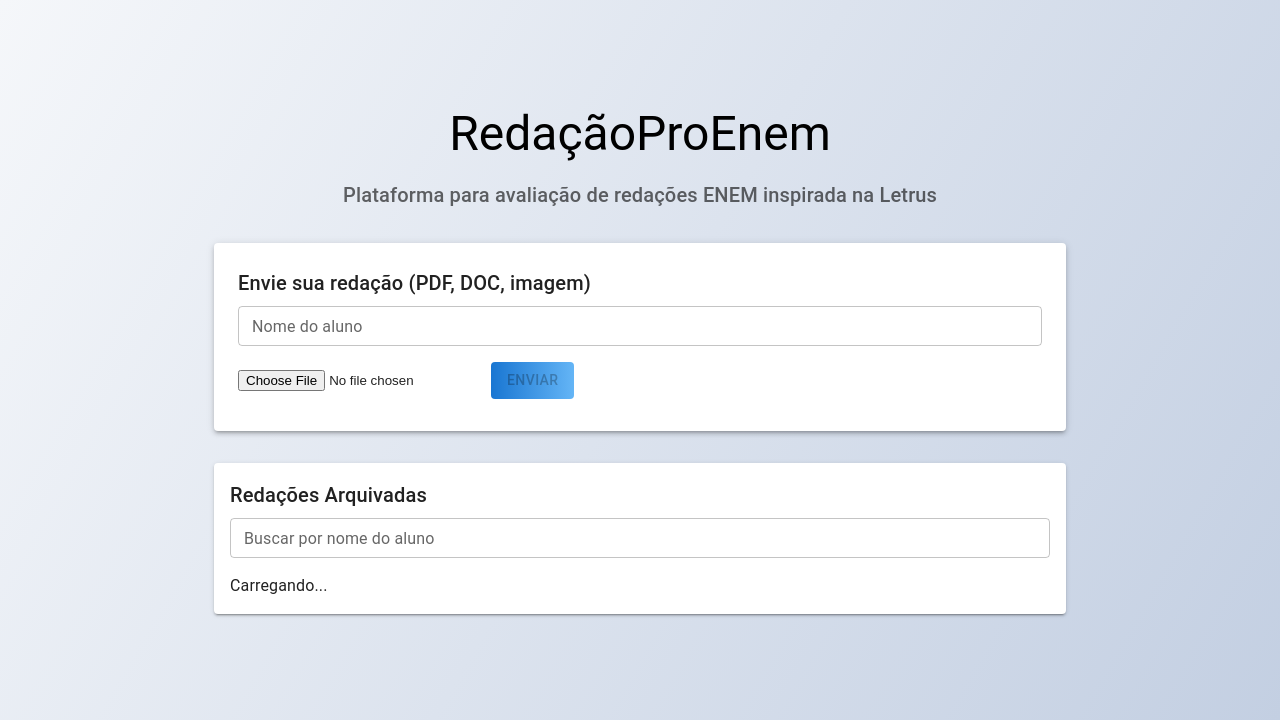
Repository: Matheus904-12/redacao-pro-app
Page: / (app in RedacaoProEnem/frontend/)
An editor plug-in stored every save of this project. The page is shown before and after the next save, followed by the edit.
The browser window is 1280 px wide. The pictures show the whole page.
The page's requests for data from a server got no answer. The project was rebuilt for these pictures with package versions that can differ from the ones it lists, and the page was loaded fresh each time. No one was signed in, and anything a server would have sent is missing. Also part of the build but not shown: RedacaoProEnem/frontend/src/components/ResultadoArea.jsx, RedacaoProEnem/frontend/src/components/RedacaoDetalhe.jsx.

Above is the page before, as saved 2025-08-11 18:47:46.

After the next save:
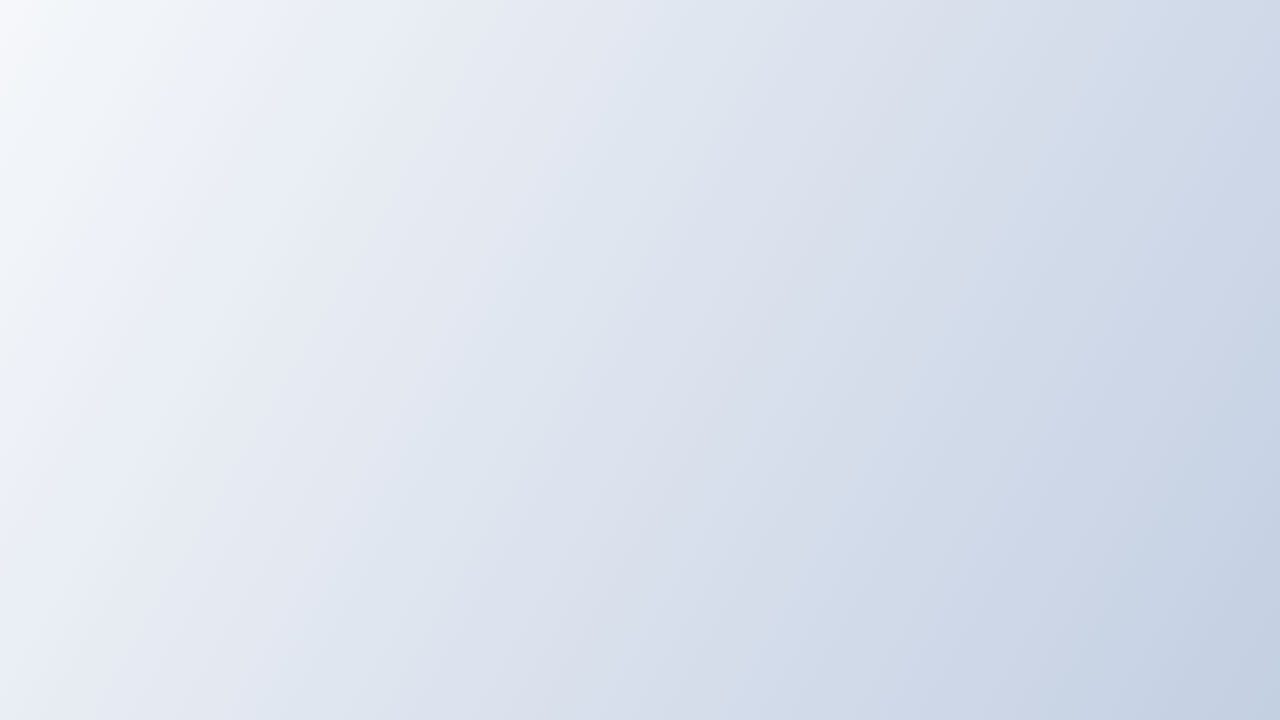
Console error: ReferenceError: Button is not defined
Saved 10 s later.
--- a/RedacaoProEnem/frontend/src/components/RedacoesList.jsx
+++ b/RedacaoProEnem/frontend/src/components/RedacoesList.jsx
@@ -1,7 +1,9 @@
 
 import React, { useEffect, useState } from 'react';
 import { Paper, Typography, List, ListItem, ListItemText, Divider, TextField } from '@mui/material';
+
 import { getRedacoes } from '../services/api';
+import { exportRedacoesCsv } from '../utils/exportCsv';
 import RedacaoDetalhe from './RedacaoDetalhe';
 
 export default function RedacoesList() {
@@ -32,6 +34,7 @@
     setSelecionada(null);
   }
 
+
   return (
     <Paper elevation={2} sx={{ p: 2, mt: 4 }}>
       <Typography variant="h6" gutterBottom>Redações Arquivadas</Typography>
@@ -44,6 +47,15 @@
         value={busca}
         onChange={e => setBusca(e.target.value)}
       />
+      <Button
+        variant="outlined"
+        color="primary"
+        sx={{ mb: 2 }}
+        onClick={() => exportRedacoesCsv(filtradas)}
+        disabled={filtradas.length === 0}
+      >
+        Exportar CSV
+      </Button>
       {loading ? <Typography>Carregando...</Typography> : (
         <List>
           {filtradas.map((r, idx) => (

After the 2 saves that followed:
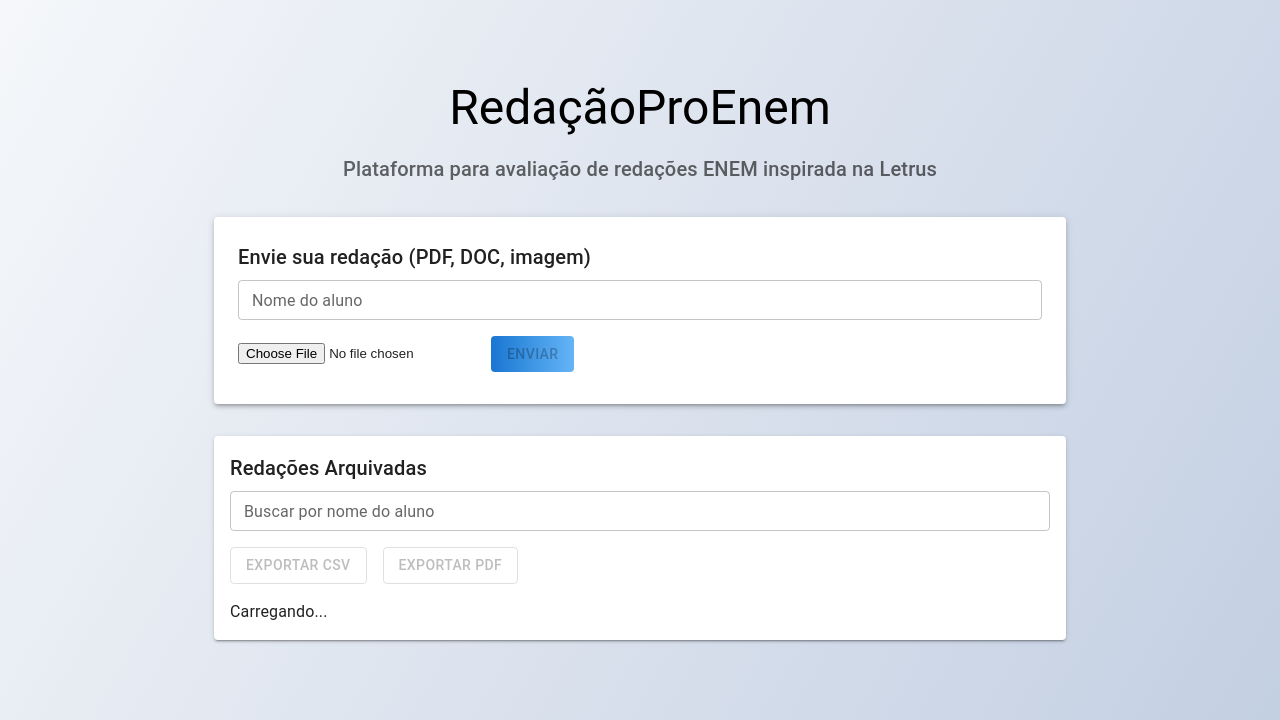
The error is gone.
The 2 saves are shown as one change because 1 left the picture as it was.
The last was saved 46 s later.
--- a/RedacaoProEnem/frontend/src/components/RedacoesList.jsx
+++ b/RedacaoProEnem/frontend/src/components/RedacoesList.jsx
@@ -1,9 +1,11 @@
 
 import React, { useEffect, useState } from 'react';
 import { Paper, Typography, List, ListItem, ListItemText, Divider, TextField } from '@mui/material';
+import { Button, Box } from '@mui/material';
 
 import { getRedacoes } from '../services/api';
 import { exportRedacoesCsv } from '../utils/exportCsv';
+import { exportRedacoesPdf } from '../utils/exportPdf';
 import RedacaoDetalhe from './RedacaoDetalhe';
 
 export default function RedacoesList() {
@@ -47,15 +49,24 @@
         value={busca}
         onChange={e => setBusca(e.target.value)}
       />
-      <Button
-        variant="outlined"
-        color="primary"
-        sx={{ mb: 2 }}
-        onClick={() => exportRedacoesCsv(filtradas)}
-        disabled={filtradas.length === 0}
-      >
-        Exportar CSV
-      </Button>
+      <Box sx={{ display: 'flex', gap: 2, mb: 2 }}>
+        <Button
+          variant="outlined"
+          color="primary"
+          onClick={() => exportRedacoesCsv(filtradas)}
+          disabled={filtradas.length === 0}
+        >
+          Exportar CSV
+        </Button>
+        <Button
+          variant="outlined"
+          color="secondary"
+          onClick={() => exportRedacoesPdf(filtradas)}
+          disabled={filtradas.length === 0}
+        >
+          Exportar PDF
+        </Button>
+      </Box>
       {loading ? <Typography>Carregando...</Typography> : (
         <List>
           {filtradas.map((r, idx) => (
